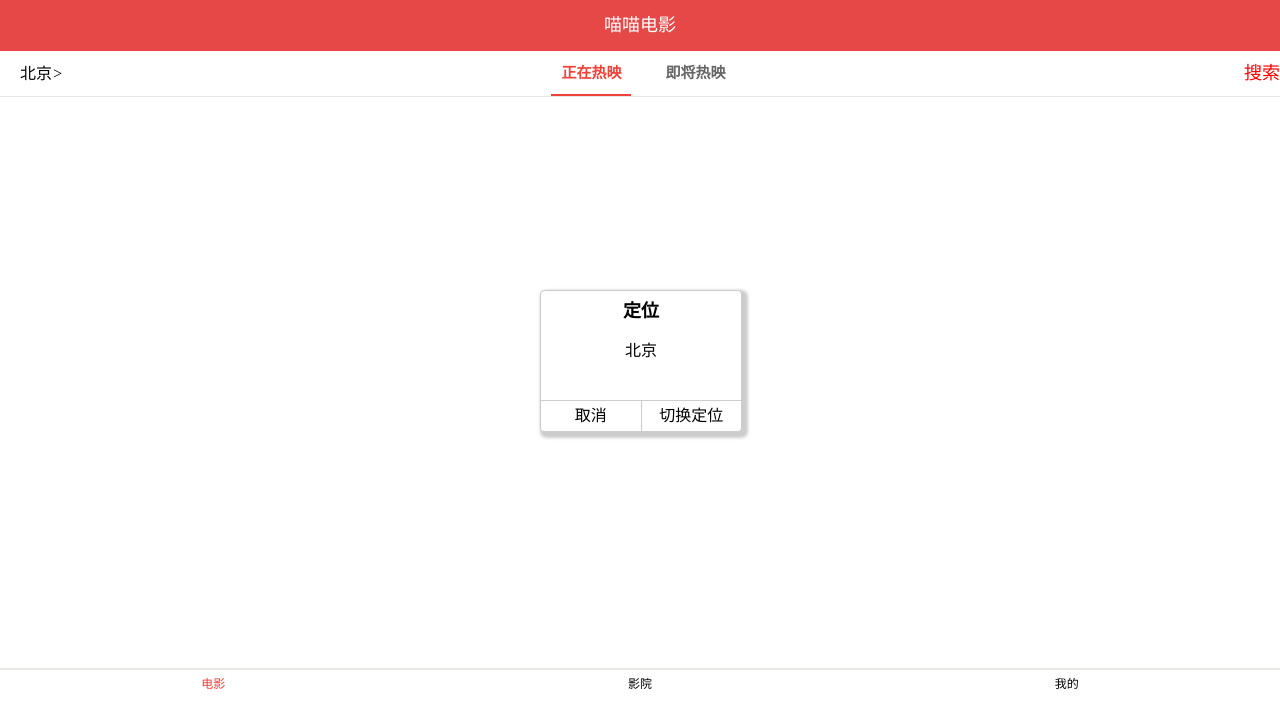
Repository: X-J-0/miaomiao_film
Page: / (app in miaomiao/)
These files come from the project's save history. The page is drawn as it stood at one moment and after the next save; the edit follows.
The browser window is 1280 px wide. The pictures show the whole page.
The page's requests for data from a server got no answer. The project was rebuilt for these pictures with package versions that can differ from the ones it lists, and the page was loaded fresh each time. No one was signed in, and anything a server would have sent is missing. Also part of the build but not shown: miaomiao/vue.config.js.

Above is the page before, as saved 2020-04-11 20:37:01.

After the next save:
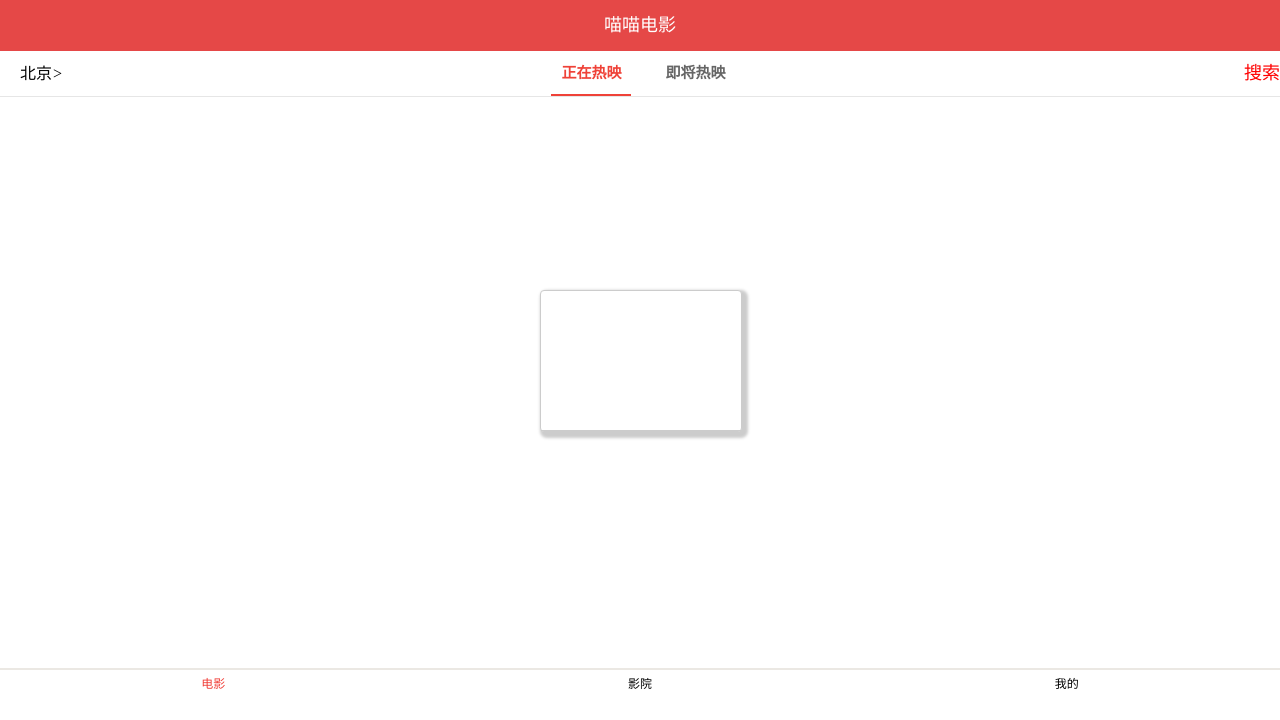
Saved 44 s later.
--- a/miaomiao/src/components/JS/MessageBox/index.vue
+++ b/miaomiao/src/components/JS/MessageBox/index.vue
@@ -1,10 +1,10 @@
 <template>
     <div class="messageBox">
-        <h2>定位</h2>
-        <p>北京</p>
+        <h2>{{title}}</h2>
+        <p>{{content}}</p>
         <div>
-            <div>取消</div>
-            <div>切换定位</div>
+            <div>{{cancel}}</div>
+            <div>{{ok}}</div>
         </div>
     </div>
 </template>
